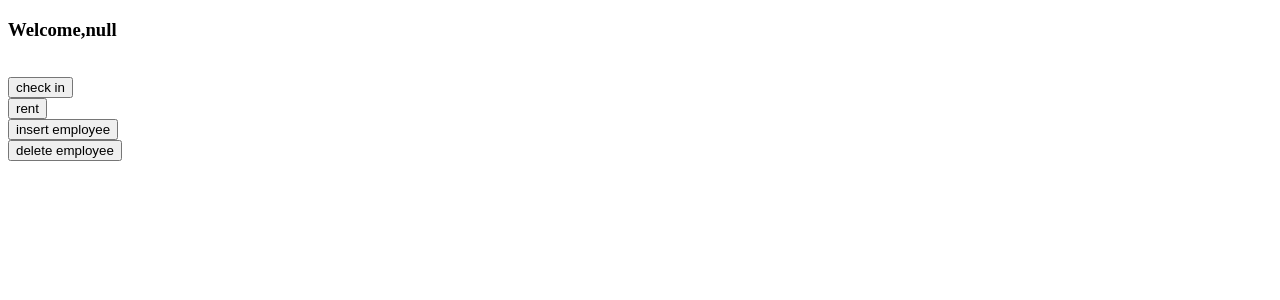
Repository: YiwenGrace/EHotel-CSI2132-project
Page: http://localhost/eHotel/man_login_success.jsp
An editor plug-in stored every save of this project. The page is shown before and after the next save, followed by the edit.
The browser window is 1280 px wide. The pictures show the whole page.
The page is served by Tomcat 9.

Above is the page before, as saved 2019-04-04 16:25:41.

After the next save:
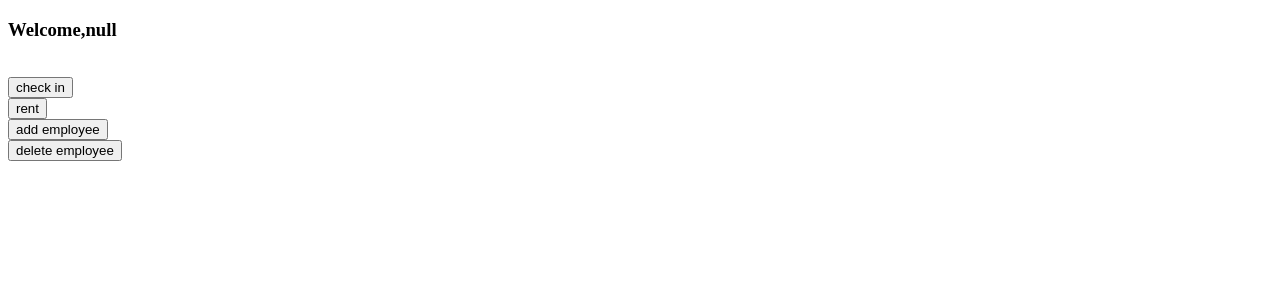
Saved 2 s later.
--- a/eHotel/WebContent/man_login_success.jsp
+++ b/eHotel/WebContent/man_login_success.jsp
@@ -8,7 +8,7 @@
 </head>
 <body>
 <%
-String manager_id = (String)request.getParameter("manager_id");
+String manager_id = (String)request.getParameter("msin");
 %>
 	<h3>Welcome,<%=manager_id%></h3>
 	<br>
@@ -16,8 +16,9 @@ String manager_id = (String)request.getParameter("manager_id");
 	<br>
 	<button onclick="location.href='renting.jsp'">rent</button>
 	<br>
-	<button onclick="location.href='insert_emp.jsp'">insert employee</button>
+	<button onclick="location.href='insert_emp.jsp'">add employee</button>
 	<br>
 	<button onclick="location.href='delete_emp.jsp'">delete employee</button>
+
 </body>
 </html>
